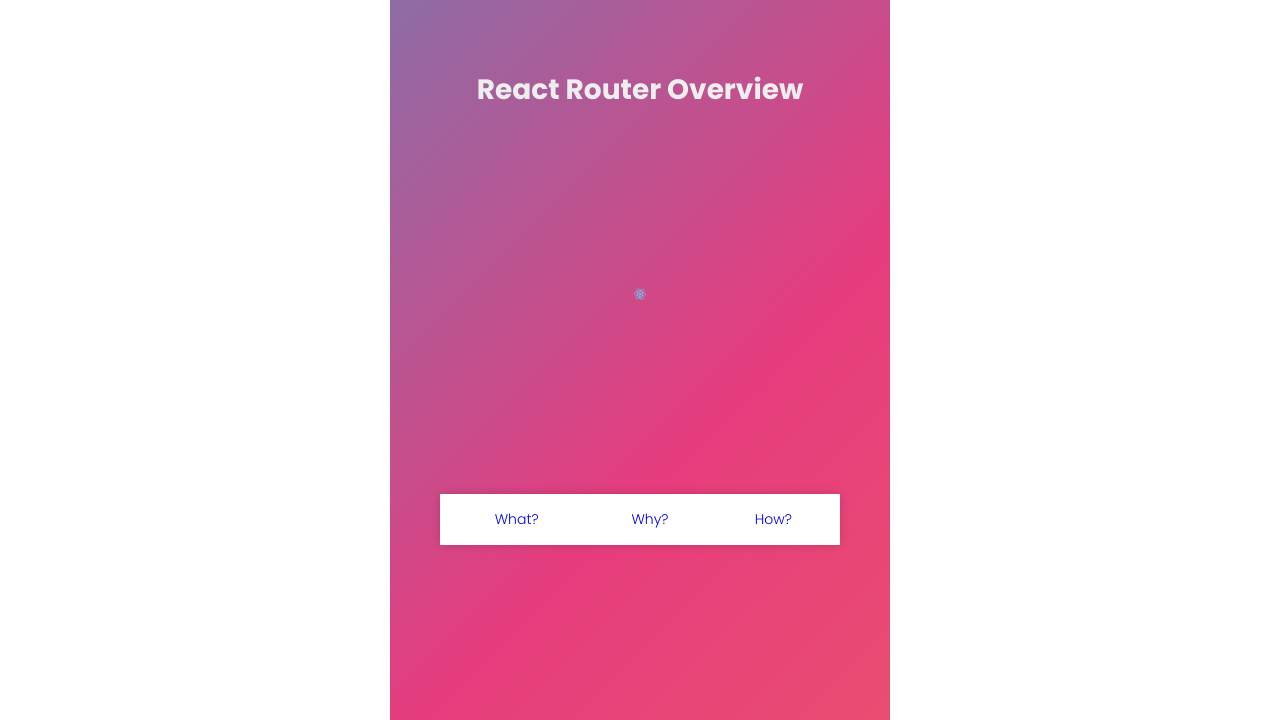
Repository: nguy3nds/2021-18-9-react
Page: /Nguyen
These files come from the project's save history. The page is drawn as it stood at one moment and after the next save; the edit follows.
The browser window is 1280 px wide. The pictures show the whole page.
The project was rebuilt for these pictures with package versions that can differ from the ones it lists, and the page was loaded fresh each time. Also part of the build but not shown: src/components/What.js, src/components/Why.js, src/components/How.js.

Above is the page before, as saved 2021-09-19 20:49:34.

After the next save:
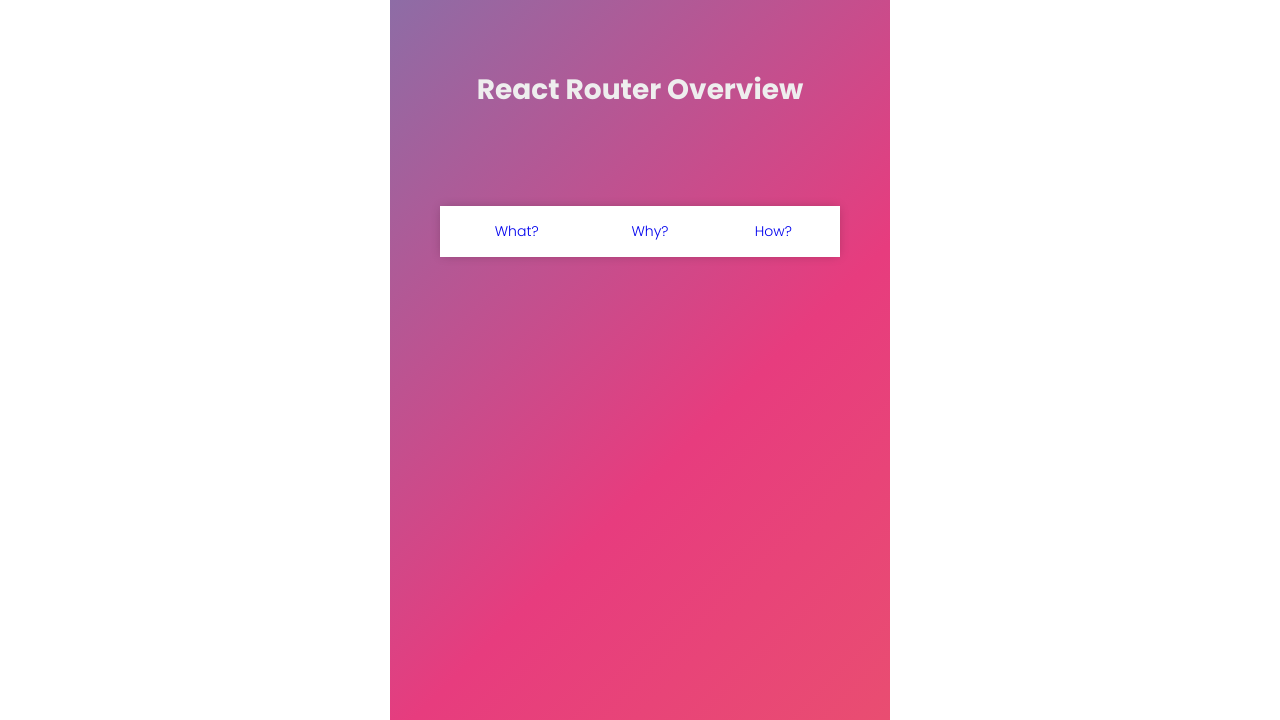
Saved 21 s later.
--- a/src/App.css
+++ b/src/App.css
@@ -187,43 +187,3 @@ ul li {
     cursor: pointer;
   }
 }
-
-.App {
-  text-align: center;
-}
-
-.App-logo {
-  height: 40vmin;
-  pointer-events: none;
-}
-
-@media (prefers-reduced-motion: no-preference) {
-  .App-logo {
-    animation: App-logo-spin infinite 20s linear;
-    width: 20px;
-  }
-}
-
-.App-header {
-  background-color: #282c34;
-  min-height: 100vh;
-  display: flex;
-  flex-direction: column;
-  align-items: center;
-  justify-content: center;
-  font-size: calc(10px + 2vmin);
-  color: white;
-}
-
-.App-link {
-  color: #61dafb;
-}
-
-@keyframes App-logo-spin {
-  from {
-    transform: rotate(0deg);
-  }
-  to {
-    transform: rotate(360deg);
-  }
-}
